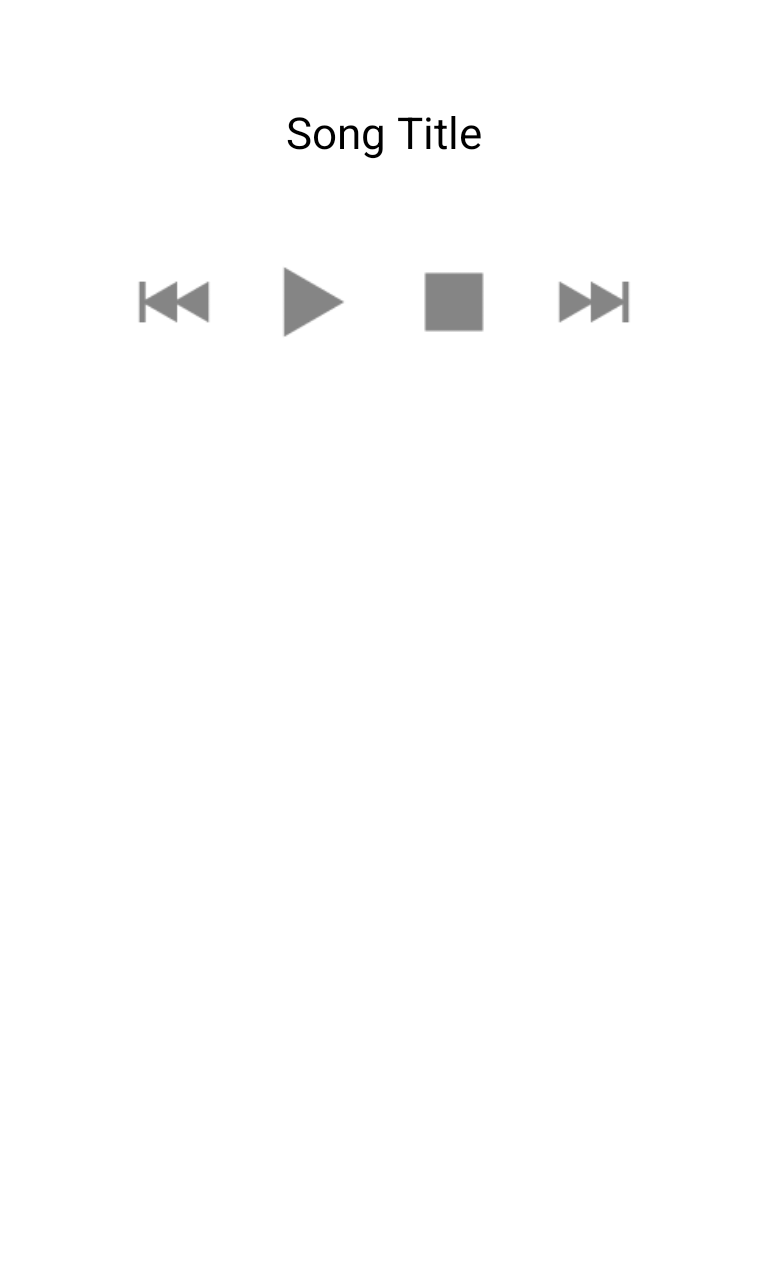
Repository: laurenelder/MDF3
Layout: MiniMediaPlayer/res/layout/activity_main.xml
The author's editor kept a copy of each file at every save. The layout is drawn from the files as they stood at one save, then again after the next save.
It is drawn on a 768 x 1280 px phone screen (xhdpi) without system bars, with theme AppTheme; the app's code is not run.

Above is the layout before, as saved 2014-09-08 00:50:07.

### MiniMediaPlayer/res/layout/activity_main.xml
<!-- Name: Devin "Lauren" Elder -->
<!-- Date: 09/07/2014 -->
<!-- Term: 1409 -->
<!-- Project Name: Mini Media Player -->
<!-- Assignment: MDF3 Week 1 -->

<LinearLayout xmlns:android="http://schemas.android.com/apk/res/android"
    xmlns:tools="http://schemas.android.com/tools"
    android:layout_width="match_parent"
    android:layout_height="match_parent"
    android:id="@+id/container"
    android:orientation="vertical"
    android:paddingBottom="@dimen/activity_vertical_margin"
    android:paddingLeft="@dimen/activity_horizontal_margin"
    android:paddingRight="@dimen/activity_horizontal_margin"
    android:paddingTop="@dimen/activity_vertical_margin"
    tools:context="com.example.minimediaplayer.MainActivity" >

    <TextView
        android:id="@+id/songTitle"
        android:layout_width="match_parent"
        android:layout_height="60dp"
        android:layout_marginTop="20dp"
        android:text="@string/title"
        android:gravity="center"
        android:textAppearance="?android:attr/textAppearanceLarge" />

    <LinearLayout
        android:layout_width="match_parent"
        android:layout_height="wrap_content"
        android:layout_marginTop="30dp"
        android:gravity="center" >

        <Button
            android:id="@+id/previousBtn"
            android:layout_width="50dp"
            android:layout_height="50dp"
            android:layout_marginLeft="10dp"
            android:layout_marginRight="10dp"
            android:background="@drawable/ic_action_previous" />

        <Button
            android:id="@+id/playBtn"
            android:layout_width="50dp"
            android:layout_height="50dp"
            android:layout_marginLeft="10dp"
            android:layout_marginRight="10dp"
            android:background="@drawable/ic_action_play" />

        <Button
            android:id="@+id/stopBtn"
            android:layout_width="50dp"
            android:layout_height="50dp"
            android:layout_marginLeft="10dp"
            android:layout_marginRight="10dp"
            android:background="@drawable/ic_action_stop" />

        <Button
            android:id="@+id/nextBtn"
            android:layout_width="50dp"
            android:layout_height="50dp"
            android:layout_marginLeft="10dp"
            android:layout_marginRight="10dp"
            android:background="@drawable/ic_action_next" />

    </LinearLayout>

</LinearLayout>

### MiniMediaPlayer/res/values/strings.xml
<?xml version="1.0" encoding="utf-8"?>

<!-- Name: Devin "Lauren" Elder -->
<!-- Date: 09/07/2014 -->
<!-- Term: 1409 -->
<!-- Project Name: Mini Media Player -->
<!-- Assignment: MDF3 Week 1 -->

<resources>

    <string name="app_name">Mini Media Player</string>
    <string name="hello_world">Hello world!</string>
    <string name="action_settings">Settings</string>
    <string name="title">Song Title</string>

</resources>

Loaded but not shown: MiniMediaPlayer/res/values/styles.xml (common file); MiniMediaPlayer/res/values-v11/styles.xml (common file); MiniMediaPlayer/res/values-v14/styles.xml (common file); MiniMediaPlayer/res/values/dimens.xml (common file); MiniMediaPlayer/res/values-w820dp/dimens.xml (common file)

After the next save:
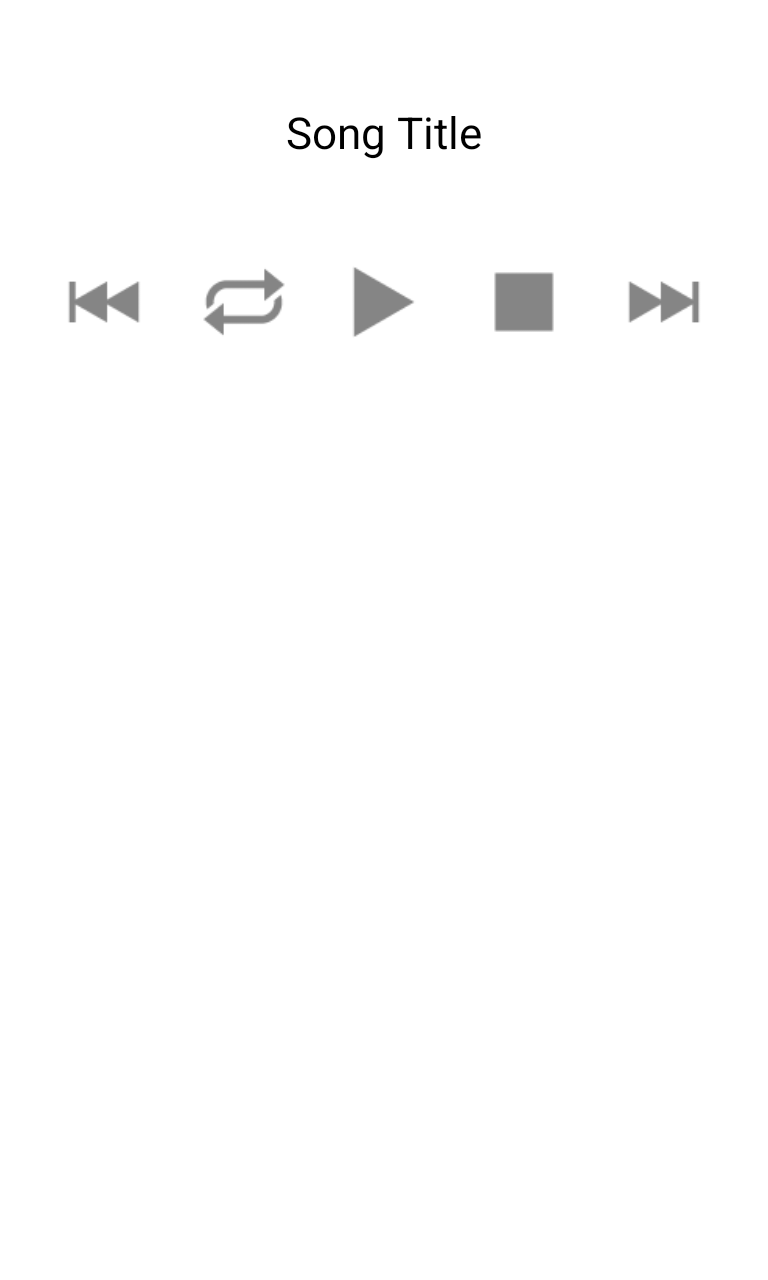
Saved 23 h 50 min later.
--- a/MiniMediaPlayer/res/layout/activity_main.xml
+++ b/MiniMediaPlayer/res/layout/activity_main.xml
@@ -40,6 +40,14 @@
             android:background="@drawable/ic_action_previous" />
 
         <Button
+            android:id="@+id/repeatBtn"
+            android:layout_width="50dp"
+            android:layout_height="50dp"
+            android:layout_marginLeft="10dp"
+            android:layout_marginRight="10dp"
+            android:background="@drawable/ic_action_repeat" />
+
+        <Button
             android:id="@+id/playBtn"
             android:layout_width="50dp"
             android:layout_height="50dp"
